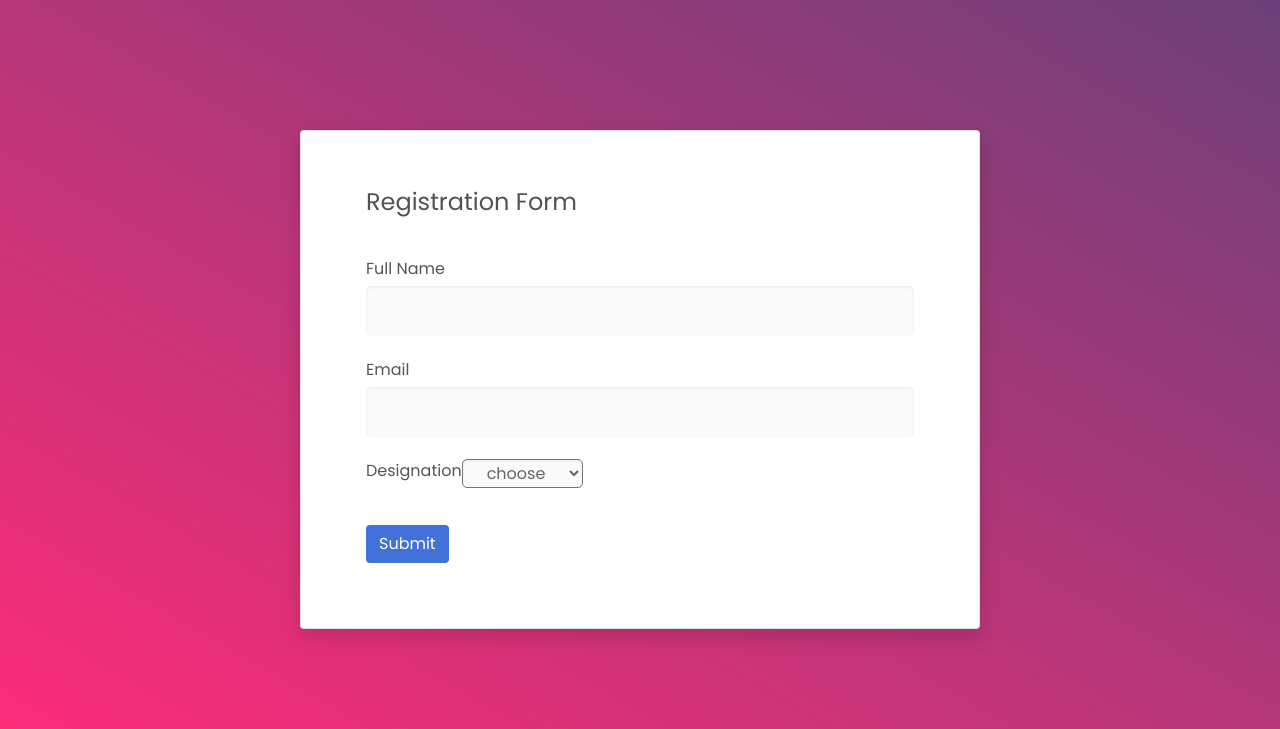
Repository: AbdulRehman0/registration
Page: http://localhost/registration.php
These files come from the project's save history. The page is drawn as it stood at one moment and after the next save; the edit follows.
The browser window is 1280 px wide. The pictures show the whole page.
The page is run by PHP 8.4 with error messages shown; the project is at /var/www/html/. Other server files are loaded and not shown.

Above is the page before, as saved 2021-01-05 15:28:15.

### registration.php
<?php
include "./templates/header.php";
?>
<body>
    <div class="page-wrapper bg-gra-02 p-t-130 p-b-100 font-poppins">
        <div class="wrapper wrapper--w680">
            <div class="card card-4">
                <div class="card-body">
                    <h2 class="title">Registration Form</h2>
                    <form method="POST">
                        <div class="row">

                            <div class="col-md-12">
                                <div class="input-group">
                                    <label class="label">Full Name</label>
                                    <input class="input--style-4" type="text" name="full name">
                                </div>
                            </div>
                        </div>

                        <div class="row row-space">
                            <div class="col-md-12">
                                <div class="input-group">
                                    <label class="label">Email</label>
                                    <input class="input--style-4" type="email" name="email">
                                </div>
                            </div>
                        </div>
                        <div class="row row-space">
                            <div class="col-md-12">
                                <div class="input-group">
                                    <label class="label">Designation</label>

                                        <select class="input--style-4" name="subject">
                                            <option disabled="disabled" selected="selected">choose</option>
                                            <option value="1">Admin</option>
                                            <option value="2">Editor</option>
                                        </select>
                                        <div class="select-dropdown"></div>

                                </div>
                                </div>
                        </div>
                        <div class="p-t-15">
                            <button class="btn btn--radius-2 btn--blue" type="submit">Submit</button>
                        </div>
                    </form>
                </div>
            </div>
        </div>
    </div>

</body><!-- This templates was made by Colorlib (https://colorlib.com) -->

<?php
include "./templates/footer.php";
?>

### templates/header.php
<!DOCTYPE html>
<html lang="en">

<head>
    <!-- Required meta tags-->
    <meta charset="UTF-8">
    <meta name="viewport" content="width=device-width, initial-scale=1, shrink-to-fit=no">
    <meta name="description" content="Colorlib Templates">
    <meta name="author" content="Colorlib">
    <meta name="keywords" content="Colorlib Templates">

    <!-- Title Page-->
    <title>Au Register Forms by Colorlib</title>

    <!-- Icons font CSS-->
    <link href="vendor/mdi-font/css/material-design-iconic-font.min.css" rel="stylesheet" media="all">
    <link href="vendor/font-awesome-4.7/css/font-awesome.min.css" rel="stylesheet" media="all">
    <!-- Font special for pages-->
    <link href="https://fonts.googleapis.com/css?family=Poppins:100,100i,200,200i,300,300i,400,400i,500,500i,600,600i,700,700i,800,800i,900,900i" rel="stylesheet">

    <!-- Vendor CSS-->
    <link href="vendor/select2/select2.min.css" rel="stylesheet" media="all">
    <link href="vendor/datepicker/daterangepicker.css" rel="stylesheet" media="all">

    <!-- Main CSS-->
    <link href="./assets/css/app.css" rel="stylesheet" media="all">
    <link rel="stylesheet" href="https://maxcdn.bootstrapcdn.com/bootstrap/4.0.0/css/bootstrap.min.css" integrity="sha384-Gn5384xqQ1aoWXA+058RXPxPg6fy4IWvTNh0E263XmFcJlSAwiGgFAW/dAiS6JXm" crossorigin="anonymous">
</head>

### templates/footer.php

</html>
<!-- end document-->
<!-- Jquery JS-->
<script src="vendor/jquery/jquery.min.js"></script>
    <!-- Vendor JS-->
    <script src="vendor/select2/select2.min.js"></script>
    <script src="vendor/datepicker/moment.min.js"></script>
    <script src="vendor/datepicker/daterangepicker.js"></script>

    <!-- Main JS-->
    <script src="./assets/js/app.js"></script>

### assets/css/app.css

/* ==========================================================================
   #FONT
   ========================================================================== */
   .font-robo {
    font-family: "Roboto", "Arial", "Helvetica Neue", sans-serif;
  }

  .font-poppins {
    font-family: "Poppins", "Arial", "Helvetica Neue", sans-serif;
  }

  /* ==========================================================================
     #GRID
     ========================================================================== */
  .row {
    display: -webkit-box;
    display: -webkit-flex;
    display: -moz-box;
    display: -ms-flexbox;
    display: flex;
    -webkit-flex-wrap: wrap;
    -ms-flex-wrap: wrap;
    flex-wrap: wrap;
  }

  .row-space {
    -webkit-box-pack: justify;
    -webkit-justify-content: space-between;
    -moz-box-pack: justify;
    -ms-flex-pack: justify;
    justify-content: space-between;
  }

  .col-2 {
    width: -webkit-calc((100% - 30px) / 2);
    width: -moz-calc((100% - 30px) / 2);
    width: calc((100% - 30px) / 2);
  }

  @media (max-width: 767px) {
    .col-2 {
      width: 100%;
    }
  }

  /* ==========================================================================
     #BOX-SIZING
     ========================================================================== */
  /**
   * More sensible default box-sizing:
   * css-tricks.com/inheriting-box-sizing-probably-slightly-better-best-practice
   */
  html {
    -webkit-box-sizing: border-box;
    -moz-box-sizing: border-box;
    box-sizing: border-box;
  }

  * {
    padding: 0;
    margin: 0;
  }

  *, *:before, *:after {
    -webkit-box-sizing: inherit;
    -moz-box-sizing: inherit;
    box-sizing: inherit;
  }

  /* ==========================================================================
     #RESET
     ========================================================================== */
  /**
   * A very simple reset that sits on top of Normalize.css.
   */
  body,
  h1, h2, h3, h4, h5, h6,
  blockquote, p, pre,
  dl, dd, ol, ul,
  figure,
  hr,
  fieldset, legend {
    margin: 0;
    padding: 0;
  }

  /**
   * Remove trailing margins from nested lists.
   */
  li > ol,
  li > ul {
    margin-bottom: 0;
  }

  /**
   * Remove default table spacing.
   */
  table {
    border-collapse: collapse;
    border-spacing: 0;
  }

  /**
   * 1. Reset Chrome and Firefox behaviour which sets a `min-width: min-content;`
   *    on fieldsets.
   */
  fieldset {
    min-width: 0;
    /* [1] */
    border: 0;
  }

  button {
    outline: none;
    background: none;
    border: none;
  }

  /* ==========================================================================
     #PAGE WRAPPER
     ========================================================================== */
  .page-wrapper {
    min-height: 100vh;
  }

  body {
    font-family: "Poppins", "Arial", "Helvetica Neue", sans-serif;
    font-weight: 400;
    font-size: 14px;
  }

  h1, h2, h3, h4, h5, h6 {
    font-weight: 400;
  }

  h1 {
    font-size: 36px;
  }

  h2 {
    font-size: 30px;
  }

  h3 {
    font-size: 24px;
  }

  h4 {
    font-size: 18px;
  }

  h5 {
    font-size: 15px;
  }

  h6 {
    font-size: 13px;
  }

  /* ==========================================================================
     #BACKGROUND
     ========================================================================== */
  .bg-blue {
    background: #2c6ed5;
  }

  .bg-red {
    background: #fa4251;
  }

  .bg-gra-01 {
    background: -webkit-gradient(linear, left bottom, left top, from(#fbc2eb), to(#a18cd1));
    background: -webkit-linear-gradient(bottom, #fbc2eb 0%, #a18cd1 100%);
    background: -moz-linear-gradient(bottom, #fbc2eb 0%, #a18cd1 100%);
    background: -o-linear-gradient(bottom, #fbc2eb 0%, #a18cd1 100%);
    background: linear-gradient(to top, #fbc2eb 0%, #a18cd1 100%);
  }

  .bg-gra-02 {
    background: -webkit-gradient(linear, left bottom, right top, from(#fc2c77), to(#6c4079));
    background: -webkit-linear-gradient(bottom left, #fc2c77 0%, #6c4079 100%);
    background: -moz-linear-gradient(bottom left, #fc2c77 0%, #6c4079 100%);
    background: -o-linear-gradient(bottom left, #fc2c77 0%, #6c4079 100%);
    background: linear-gradient(to top right, #fc2c77 0%, #6c4079 100%);
  }

  /* ==========================================================================
     #SPACING
     ========================================================================== */
  .p-t-100 {
    padding-top: 100px;
  }

  .p-t-130 {
    padding-top: 130px;
  }

  .p-t-180 {
    padding-top: 180px;
  }

  .p-t-20 {
    padding-top: 20px;
  }

  .p-t-15 {
    padding-top: 15px;
  }

  .p-t-10 {
    padding-top: 10px;
  }

  .p-t-30 {
    padding-top: 30px;
  }

  .p-b-100 {
    padding-bottom: 100px;
  }

  .m-r-45 {
    margin-right: 45px;
  }

  /* ==========================================================================
     #WRAPPER
     ========================================================================== */
  .wrapper {
    margin: 0 auto;
  }

  .wrapper--w960 {
    max-width: 960px;
  }

  .wrapper--w780 {
    max-width: 780px;
  }

  .wrapper--w680 {
    max-width: 680px;
  }

  /* ==========================================================================
     #BUTTON
     ========================================================================== */
  .btn {
    display: inline-block;
    line-height: 50px;
    padding: 0 50px;
    -webkit-transition: all 0.4s ease;
    -o-transition: all 0.4s ease;
    -moz-transition: all 0.4s ease;
    transition: all 0.4s ease;
    cursor: pointer;
    font-size: 18px;
    color: #fff;
    font-family: "Poppins", "Arial", "Helvetica Neue", sans-serif;
  }

  .btn--radius {
    -webkit-border-radius: 3px;
    -moz-border-radius: 3px;
    border-radius: 3px;
  }

  .btn--radius-2 {
    -webkit-border-radius: 5px;
    -moz-border-radius: 5px;
    border-radius: 5px;
  }

  .btn--pill {
    -webkit-border-radius: 20px;
    -moz-border-radius: 20px;
    border-radius: 20px;
  }

  .btn--green {
    background: #57b846;
  }

  .btn--green:hover {
    background: #4dae3c;
  }

  .btn--blue {
    background: #4272d7;
  }

  .btn--blue:hover {
    background: #3868cd;
  }

  /* ==========================================================================
     #DATE PICKER
     ========================================================================== */
  td.active {
    background-color: #2c6ed5;
  }

  input[type="date" i] {
    padding: 14px;
  }

  .table-condensed td, .table-condensed th {
    font-size: 14px;
    font-family: "Roboto", "Arial", "Helvetica Neue", sans-serif;
    font-weight: 400;
  }

  .daterangepicker td {
    width: 40px;
    height: 30px;
  }

  .daterangepicker {
    border: none;
    -webkit-box-shadow: 0px 8px 20px 0px rgba(0, 0, 0, 0.15);
    -moz-box-shadow: 0px 8px 20px 0px rgba(0, 0, 0, 0.15);
    box-shadow: 0px 8px 20px 0px rgba(0, 0, 0, 0.15);
    display: none;
    border: 1px solid #e0e0e0;
    margin-top: 5px;
  }

  .daterangepicker::after, .daterangepicker::before {
    display: none;
  }

  .daterangepicker thead tr th {
    padding: 10px 0;
  }

  .daterangepicker .table-condensed th select {
    border: 1px solid #ccc;
    -webkit-border-radius: 3px;
    -moz-border-radius: 3px;
    border-radius: 3px;
    font-size: 14px;
    padding: 5px;
    outline: none;
  }

  /* ==========================================================================
     #FORM
     ========================================================================== */
  input {
    outline: none;
    margin: 0;
    border: none;
    -webkit-box-shadow: none;
    -moz-box-shadow: none;
    box-shadow: none;
    width: 100%;
    font-size: 14px;
    font-family: inherit;
  }

  .input--style-4 {
    line-height: 50px;
    background: #fafafa;
    -webkit-box-shadow: inset 0px 1px 3px 0px rgba(0, 0, 0, 0.08);
    -moz-box-shadow: inset 0px 1px 3px 0px rgba(0, 0, 0, 0.08);
    box-shadow: inset 0px 1px 3px 0px rgba(0, 0, 0, 0.08);
    -webkit-border-radius: 5px;
    -moz-border-radius: 5px;
    border-radius: 5px;
    padding: 0 20px;
    font-size: 16px;
    color: #666;
    -webkit-transition: all 0.4s ease;
    -o-transition: all 0.4s ease;
    -moz-transition: all 0.4s ease;
    transition: all 0.4s ease;
  }

  .input--style-4::-webkit-input-placeholder {
    /* WebKit, Blink, Edge */
    color: #666;
  }

  .input--style-4:-moz-placeholder {
    /* Mozilla Firefox 4 to 18 */
    color: #666;
    opacity: 1;
  }

  .input--style-4::-moz-placeholder {
    /* Mozilla Firefox 19+ */
    color: #666;
    opacity: 1;
  }

  .input--style-4:-ms-input-placeholder {
    /* Internet Explorer 10-11 */
    color: #666;
  }

  .input--style-4:-ms-input-placeholder {
    /* Microsoft Edge */
    color: #666;
  }

  .label {
    font-size: 16px;
    color: #555;
    text-transform: capitalize;
    display: block;
    margin-bottom: 5px;
  }

  .radio-container {
    display: inline-block;
    position: relative;
    padding-left: 30px;
    cursor: pointer;
    font-size: 16px;
    color: #666;
    -webkit-user-select: none;
    -moz-user-select: none;
    -ms-user-select: none;
    user-select: none;
  }

  .radio-container input {
    position: absolute;
    opacity: 0;
    cursor: pointer;
  }

  .radio-container input:checked ~ .checkmark {
    background-color: #e5e5e5;
  }

  .radio-container input:checked ~ .checkmark:after {
    display: block;
  }

  .radio-container .checkmark:after {
    top: 50%;
    left: 50%;
    -webkit-transform: translate(-50%, -50%);
    -moz-transform: translate(-50%, -50%);
    -ms-transform: translate(-50%, -50%);
    -o-transform: translate(-50%, -50%);
    transform: translate(-50%, -50%);
    width: 12px;
    height: 12px;
    -webkit-border-radius: 50%;
    -moz-border-radius: 50%;
    border-radius: 50%;
    background: #57b846;
  }

  .checkmark {
    position: absolute;
    top: 50%;
    -webkit-transform: translateY(-50%);
    -moz-transform: translateY(-50%);
    -ms-transform: translateY(-50%);
    -o-transform: translateY(-50%);
    transform: translateY(-50%);
    left: 0;
    height: 20px;
    width: 20px;
    background-color: #e5e5e5;
    -webkit-border-radius: 50%;
    -moz-border-radius: 50%;
    border-radius: 50%;
    -webkit-box-shadow: inset 0px 1px 3px 0px rgba(0, 0, 0, 0.08);
    -moz-box-shadow: inset 0px 1px 3px 0px rgba(0, 0, 0, 0.08);
    box-shadow: inset 0px 1px 3px 0px rgba(0, 0, 0, 0.08);
  }

  .checkmark:after {
    content: "";
    position: absolute;
    display: none;
  }

  .input-group {
    position: relative;
    margin-bottom: 22px;
  }

  .input-group-icon {
    position: relative;
  }

  .input-icon {
    position: absolute;
    font-size: 18px;
    color: #999;
    right: 18px;
    top: 50%;
    -webkit-transform: translateY(-50%);
    -moz-transform: translateY(-50%);
    -ms-transform: translateY(-50%);
    -o-transform: translateY(-50%);
    transform: translateY(-50%);
    cursor: pointer;
  }

  /* ==========================================================================
     #SELECT2
     ========================================================================== */
  .select--no-search .select2-search {
    display: none !important;
  }

  .rs-select2 .select2-container {
    width: 100% !important;
    outline: none;
    background: #fafafa;
    -webkit-box-shadow: inset 0px 1px 3px 0px rgba(0, 0, 0, 0.08);
    -moz-box-shadow: inset 0px 1px 3px 0px rgba(0, 0, 0, 0.08);
    box-shadow: inset 0px 1px 3px 0px rgba(0, 0, 0, 0.08);
    -webkit-border-radius: 5px;
    -moz-border-radius: 5px;
    border-radius: 5px;
  }

  .rs-select2 .select2-container .select2-selection--single {
    outline: none;
    border: none;
    height: 50px;
    background: transparent;
  }

  .rs-select2 .select2-container .select2-selection--single .select2-selection__rendered {
    line-height: 50px;
    padding-left: 0;
    color: #555;
    font-size: 16px;
    font-family: inherit;
    padding-left: 22px;
    padding-right: 50px;
  }

  .rs-select2 .select2-container .select2-selection--single .select2-selection__arrow {
    height: 50px;
    right: 20px;
    display: -webkit-box;
    display: -webkit-flex;
    display: -moz-box;
    display: -ms-flexbox;
    display: flex;
    -webkit-box-pack: center;
    -webkit-justify-content: center;
    -moz-box-pack: center;
    -ms-flex-pack: center;
    justify-content: center;
    -webkit-box-align: center;
    -webkit-align-items: center;
    -moz-box-align: center;
    -ms-flex-align: center;
    align-items: center;
  }

  .rs-select2 .select2-container .select2-selection--single .select2-selection__arrow b {
    display: none;
  }

  .rs-select2 .select2-container .select2-selection--single .select2-selection__arrow:after {
    font-family: "Material-Design-Iconic-Font";
    content: '\f2f9';
    font-size: 24px;
    color: #999;
    -webkit-transition: all 0.4s ease;
    -o-transition: all 0.4s ease;
    -moz-transition: all 0.4s ease;
    transition: all 0.4s ease;
  }

  .rs-select2 .select2-container.select2-container--open .select2-selection--single .select2-selection__arrow::after {
    -webkit-transform: rotate(-180deg);
    -moz-transform: rotate(-180deg);
    -ms-transform: rotate(-180deg);
    -o-transform: rotate(-180deg);
    transform: rotate(-180deg);
  }

  .select2-container--open .select2-dropdown--below {
    border: none;
    -webkit-border-radius: 3px;
    -moz-border-radius: 3px;
    border-radius: 3px;
    -webkit-box-shadow: 0px 8px 20px 0px rgba(0, 0, 0, 0.15);
    -moz-box-shadow: 0px 8px 20px 0px rgba(0, 0, 0, 0.15);
    box-shadow: 0px 8px 20px 0px rgba(0, 0, 0, 0.15);
    border: 1px solid #e0e0e0;
    margin-top: 5px;
    overflow: hidden;
  }

  .select2-container--default .select2-results__option {
    padding-left: 22px;
  }

  /* ==========================================================================
     #TITLE
     ========================================================================== */
  .title {
    font-size: 24px;
    color: #525252;
    font-weight: 400;
    margin-bottom: 40px;
  }

  /* ==========================================================================
     #CARD
     ========================================================================== */
  .card {
    -webkit-border-radius: 3px;
    -moz-border-radius: 3px;
    border-radius: 3px;
    background: #fff;
  }

  .card-4 {
    background: #fff;
    -webkit-border-radius: 10px;
    -moz-border-radius: 10px;
    border-radius: 10px;
    -webkit-box-shadow: 0px 8px 20px 0px rgba(0, 0, 0, 0.15);
    -moz-box-shadow: 0px 8px 20px 0px rgba(0, 0, 0, 0.15);
    box-shadow: 0px 8px 20px 0px rgba(0, 0, 0, 0.15);
  }

  .card-4 .card-body {
    padding: 57px 65px;
    padding-bottom: 65px;
  }

  @media (max-width: 767px) {
    .card-4 .card-body {
      padding: 50px 40px;
    }
  }

### assets/js/app.js
(function ($) {
  'use strict';
  /*==================================================================
      [ Daterangepicker ]*/
  try {
      $('.js-datepicker').daterangepicker({
          "singleDatePicker": true,
          "showDropdowns": true,
          "autoUpdateInput": false,
          locale: {
              format: 'DD/MM/YYYY'
          },
      });

      var myCalendar = $('.js-datepicker');
      var isClick = 0;

      $(window).on('click',function(){
          isClick = 0;
      });

      $(myCalendar).on('apply.daterangepicker',function(ev, picker){
          isClick = 0;
          $(this).val(picker.startDate.format('DD/MM/YYYY'));

      });

      $('.js-btn-calendar').on('click',function(e){
          e.stopPropagation();

          if(isClick === 1) isClick = 0;
          else if(isClick === 0) isClick = 1;

          if (isClick === 1) {
              myCalendar.focus();
          }
      });

      $(myCalendar).on('click',function(e){
          e.stopPropagation();
          isClick = 1;
      });

      $('.daterangepicker').on('click',function(e){
          e.stopPropagation();
      });


  } catch(er) {console.log(er);}
  /*[ Select 2 Config ]
      ===========================================================*/

  try {
      var selectSimple = $('.js-select-simple');

      selectSimple.each(function () {
          var that = $(this);
          var selectBox = that.find('select');
          var selectDropdown = that.find('.select-dropdown');
          selectBox.select2({
              dropdownParent: selectDropdown
          });
      });

  } catch (err) {
      console.log(err);
  }


})(jQuery);

After the next save:
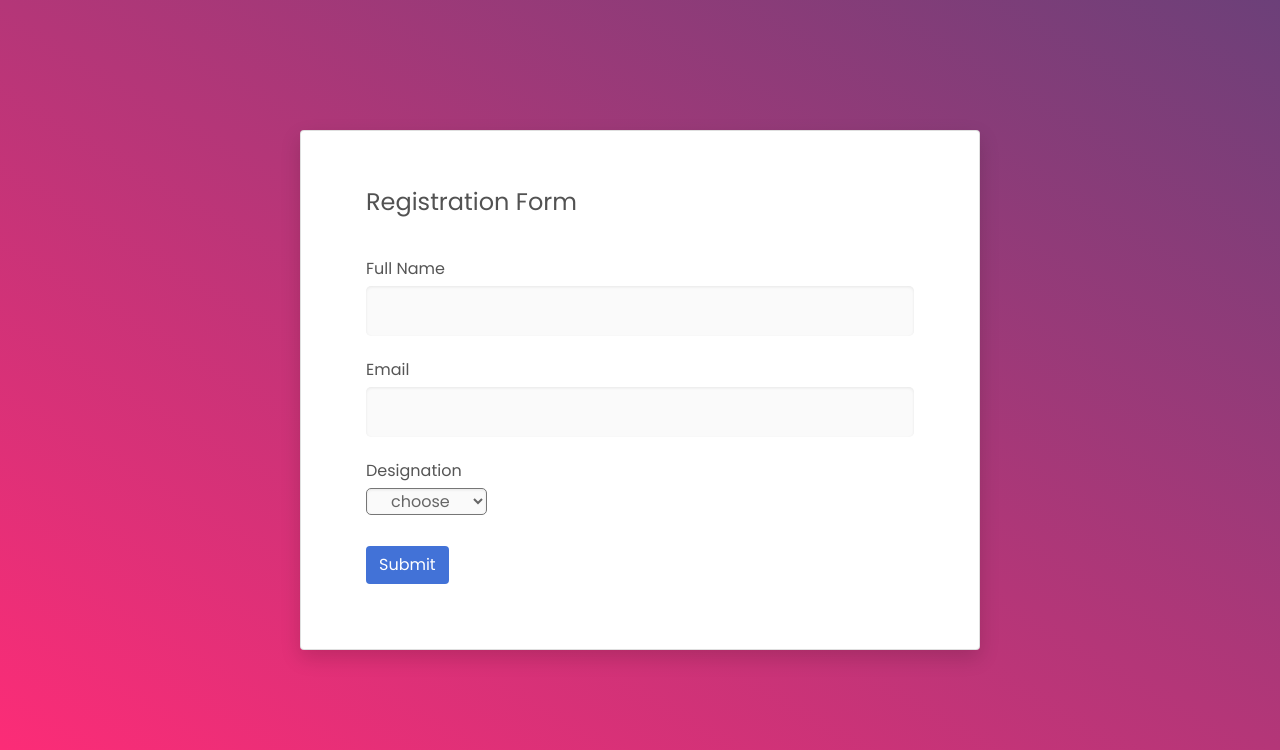
Saved 54 s later.
--- a/registration.php
+++ b/registration.php
@@ -28,7 +28,7 @@ include "./templates/header.php";
                         </div>
                         <div class="row row-space">
                             <div class="col-md-12">
-                                <div class="input-group">
+                                <div class="form-group">
                                     <label class="label">Designation</label>
 
                                         <select class="input--style-4" name="subject">
